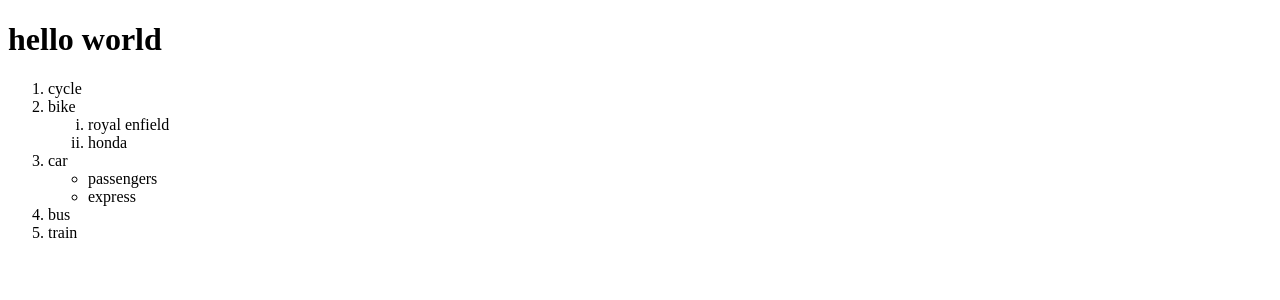
Repository: AjmalkhanAJ/html-learning
Page: task1.html
These files come from the project's save history. The page is drawn as it stood at one moment and after a run of saves; the edit follows.
The browser window is 1280 px wide. The pictures show the whole page.

Above is the page before, as saved 2025-05-31 19:46:32.

### task1.html
<!DOCTYPE html>
<html lang="en">
<head>
    <meta charset="UTF-8">
    <meta name="viewport" content="width=device-width, initial-scale=1.0">
    <title>chapter 1</title>
</head>
<body>
    <h1>hello world</h1>
    <ol>
        <li>cycle</li>
        <li>bike</li>
        <ol type="i">
            <li>royal enfield</li>
            <li>honda</li>
        </ol>
        <li>car</li>
        <ul>
            <li>passengers</li>
            <li>express</li>
        </ul>
        <li>bus</li>
        <li>train</li>
    </ol>
</body>
</html>

After the next 3 saves:
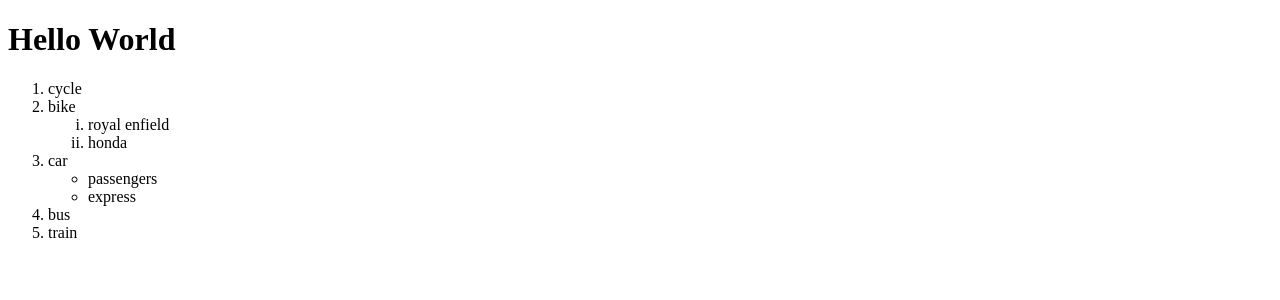
The 3 saves are shown as one change because they came seconds apart.
The last was saved 8 s later.
--- a/task1.html
+++ b/task1.html
@@ -6,7 +6,7 @@
     <title>chapter 1</title>
 </head>
 <body>
-    <h1>hello world</h1>
+    <h1>Hello World</h1>
     <ol>
         <li>cycle</li>
         <li>bike</li>
